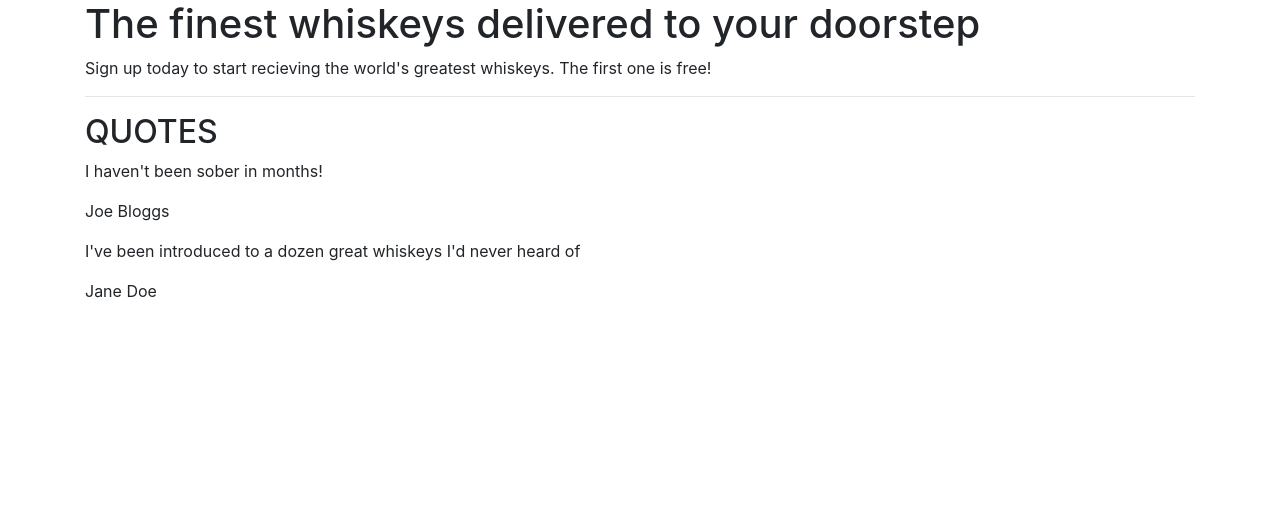
Repository: Matt-F90/Intro-to-bootstrap
Page: index..html
The author's editor kept a record of every edit. The page is drawn from the files as they stood at one moment, then again after the next edit.
The browser window is 1280 px wide. The pictures show the whole page.

Above is the page before.
Console error: TypeError: Cannot read properties of undefined (reading 'fn')

### index..html
<!DOCTYPE html>
<html lang="en">
<head>
    <meta charset="UTF-8">
    <meta name="viewport" content="width=device-width, initial-scale=1.0">
    <meta http-equiv="X-UA-Compatible" content="ie=edge">
    <title>Whiskey Drop | Taste a new whiskey every month</title>
    <link rel="stylesheet" href="https://stackpath.bootstrapcdn.com/bootstrap/4.1.3/css/bootstrap.min.css" integrity="sha384-MCw98/SFnGE8fJT3GXwEOngsV7Zt27NXFoaoApmYm81iuXoPkFOJwJ8ERdknLPMO" crossorigin="anonymous">
<script src="https://stackpath.bootstrapcdn.com/bootstrap/4.1.3/js/bootstrap.min.js" integrity="sha384-ChfqqxuZUCnJSK3+MXmPNIyE6ZbWh2IMqE241rYiqJxyMiZ6OW/JmZQ5stwEULTy" crossorigin="anonymous"></script>
</head>
<body>
    <article class="container">
        <section class="callout">
            <h1>The finest whiskeys delivered to your doorstep</h1>
            <p>Sign up today to start recieving the world's greatest whiskeys. The first one is free!</p>
        </section>

        <hr>
        <section class="quotes">
            <h2 class="text-uppercase">Quotes</h2>
            <div class="quote">
                <p>I haven't been sober in months!</p>
                <p>Joe Bloggs</p>
            </div>
            <div class="quote">
                <p>I've been introduced to a dozen great whiskeys I'd never heard of</p>
                <p>Jane Doe</p>
            </div>
        </section>
    </article>

</body>
</html>

After the next edit:
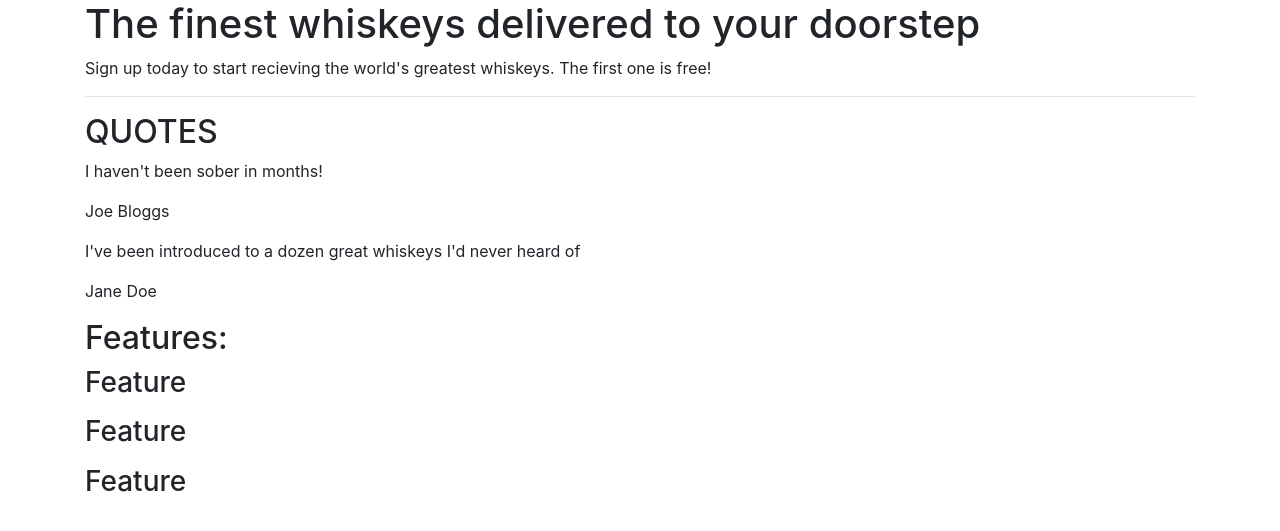
The edit:
--- a/index..html
+++ b/index..html
@@ -27,6 +27,23 @@
                 <p>Jane Doe</p>
             </div>
         </section>
+
+        <section class="features">
+            <h2>Features:</h2>
+
+            <div class="feature">
+                <h3>Feature</h3>
+                <p></p>
+            </div>
+            <div class="feature">
+                <h3>Feature</h3>
+                <p></p>
+            </div>
+            <div class="feature">
+                <h3>Feature</h3>
+                <p></p>
+            </div>
+        </section>
     </article>
 
 </body>
